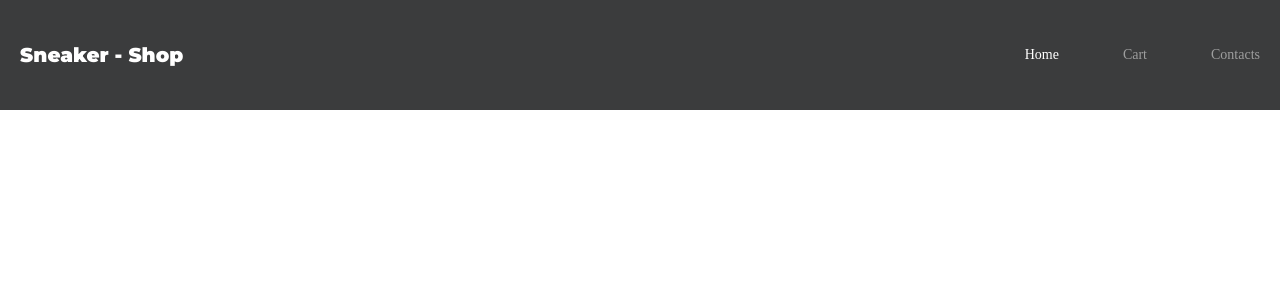
Repository: IstratiiNik/sneaker-shop
Page: /
These files come from the project's save history. The page is drawn as it stood at one moment and after the next save; the edit follows.
The browser window is 1280 px wide. The pictures show the whole page.
The project was rebuilt for these pictures with package versions that can differ from the ones it lists, and the page was loaded fresh each time. Also part of the build but not shown: vite.config.js.

Above is the page before, as saved 2025-07-01 13:48:47.

After the next save:
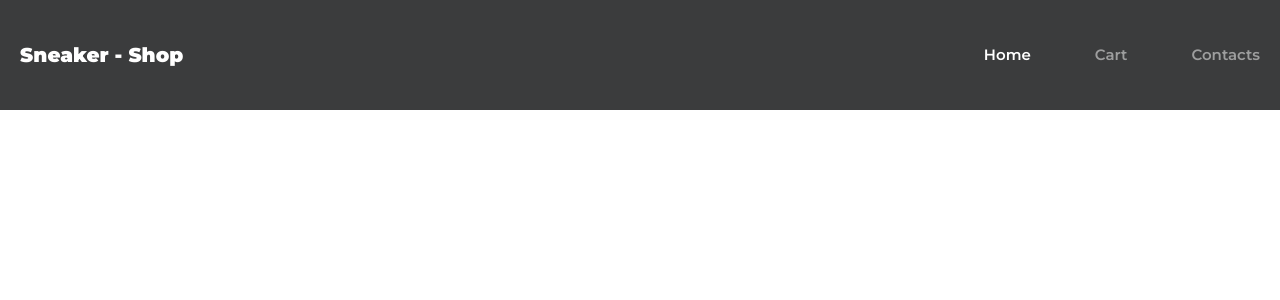
Saved 9 s later.
--- a/src/components/Header/Header.module.scss
+++ b/src/components/Header/Header.module.scss
@@ -25,5 +25,11 @@
   display: flex;
   gap: 64px;
 
-
+  color: rgb(255, 255, 255);
+  font-family: Montserrat;
+  font-size: 15px;
+  font-weight: 600;
+  line-height: 18px;
+  letter-spacing: 0%;
+  text-align: left;
 }
